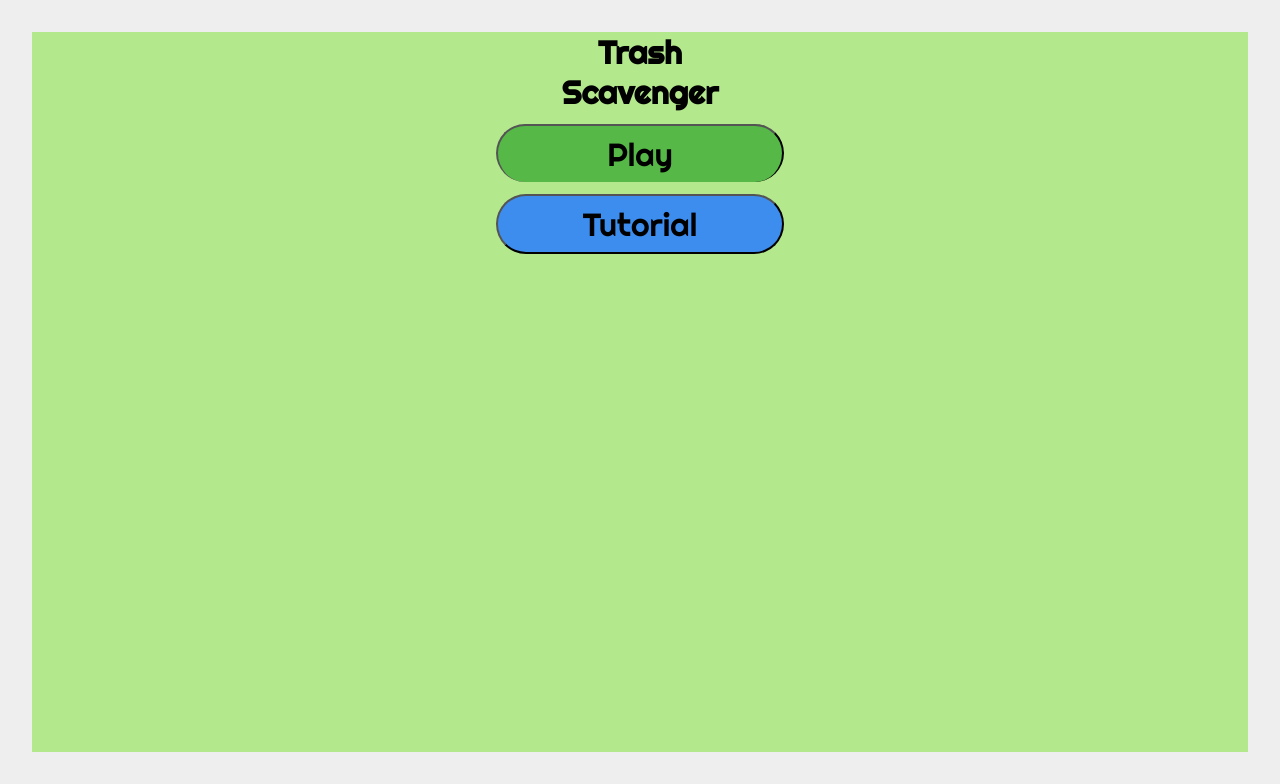
Repository: alemunden/Trash-Scavengers
Page: /QuizBegin
These files come from the project's save history. The page is drawn as it stood at one moment and after the next save; the edit follows.
The browser window is 1280 px wide. The pictures show the whole page.
The project was rebuilt for these pictures with package versions that can differ from the ones it lists, and the page was loaded fresh each time. The framework's server and built-in components were replaced by stand-ins that run in the browser. Also part of the build but not shown: next.config.mjs.

Above is the page before, as saved 2024-04-07 19:42:27.

### pages/QuizBegin.js
import styles from "@/styles/QuizBegin.module.css";
import Link from 'next/link'
import Button from "@/components/Button";

export default function QuizBegin() {
  return (
      <main className={styles.main}>
        <link rel="preconnect" href="https://fonts.googleapis.com"/>
        <link rel="preconnect" href="https://fonts.gstatic.com" crossorigin/>
        <link href="https://fonts.googleapis.com/css2?family=Righteous&display=swap" rel="stylesheet"/>
        <div className={styles.background}>
            <div className={styles.items}>
                <h1 className={styles.quizHeader}>Trash <br/>Scavenger</h1>
                <Link href='/quiz'>
                    <Button buttonText={'Play'} bgColor="#56B847" borderColor="#0B7908"/>
                </Link>
                <Button buttonText={'Tutorial'} bgColor="#3C8DEE"/>
            </div>
        </div>
      </main>
  );
}

### styles/globals.css
:root {
    --white: #eee;
    --black: #000;
    --light-green: #B4E88C;
}

* {
    box-sizing: border-box;
    padding: 0;
    margin: 0;
}

html, body {
    overflow-x: hidden;
    background-color: var(--white);
}

main {
    padding: 1rem;
}

h3 {
    padding-bottom: 2rem;
    color: #000105;
    font-size: 1.8rem;
}

li {
    list-style-type: none;
    cursor: pointer;
    margin: 9px 0;
    padding: 16px 8px;
    color: #000105;
}

.liHover:hover {
    background-color: #d8d8d8;
    columns: #fff;
}

.liSelected {
    color: #fff;
    background-color: #000925;
}

.container {
    max-width: 740px;
    width: 100%;
    margin: auto;
    padding: 1rem;
}

.quizContainer {
    background-color: #f8f8f8;
    padding: 1rem;
    margin-top: 2rem;
    border-radius: 4px;
}

.container p {
    padding: 8px 0;
}

### styles/QuizBegin.module.css
.background {
    background-color: var(--light-green);
    height: 100vh;
    margin: 1rem;
}

.main {
    padding: 1rem;
}

.items {
    display: flex;
    flex-direction: column;
    align-items: center;
}

.quizHeader {
    font-family: "Righteous", sans-serif;
    text-align: center;
}

### components/Button/index.js
import styles from './Button.module.css'

export default function Button({buttonText, bgColor, borderColor}) {
    return(
        <>
            <button className={styles.button} style={{backgroundColor: bgColor, borderBottom: borderColor}}>
                {buttonText}
            </button>
        </>
    )
}

### components/Button/Button.module.css
.button {
    padding: 0.5rem;
    border-radius: 2rem;
    width: 18rem;
    margin-top: 12px;
    font-size: 2rem;
    color: var(--black);
    font-family: "Righteous", sans-serif;
}

Loaded but not shown: pages/_app.js (common file); pages/_document.js (common file)

After the next save:
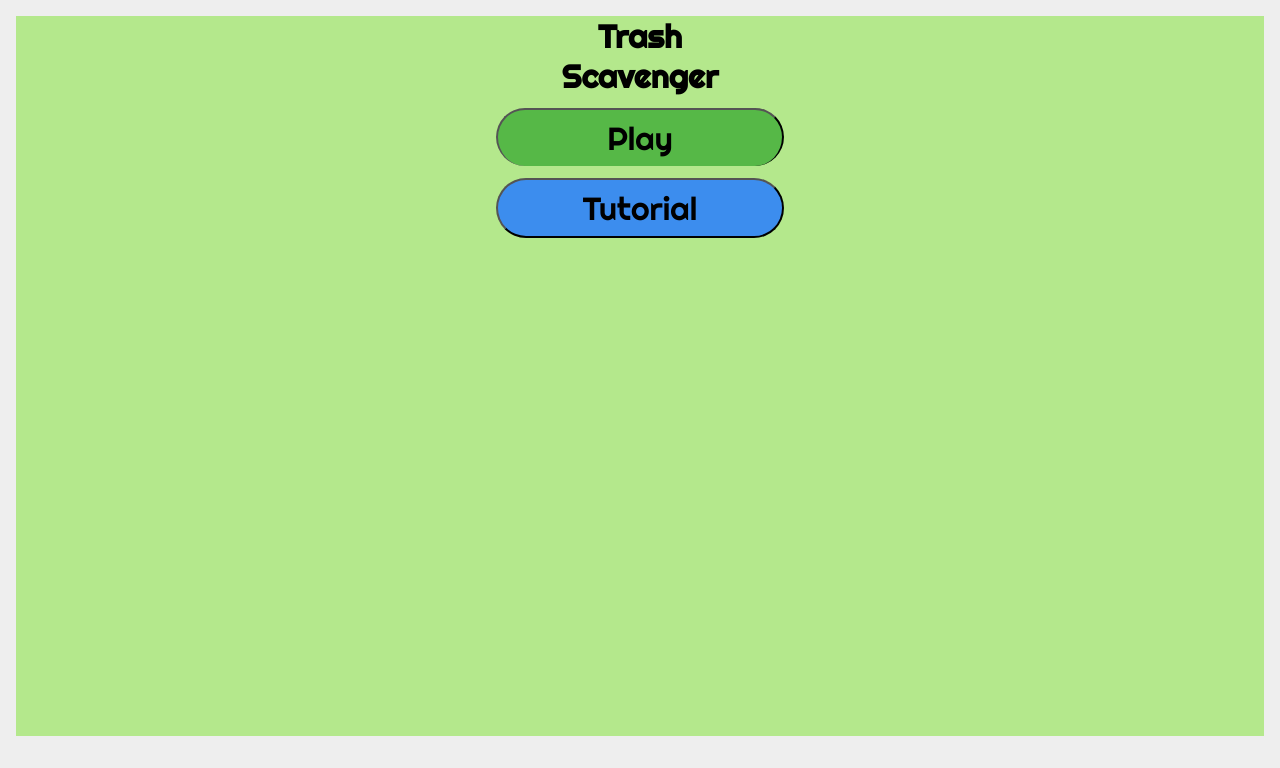
Saved 9 s later.
--- a/styles/QuizBegin.module.css
+++ b/styles/QuizBegin.module.css
@@ -1,7 +1,7 @@
 .background {
     background-color: var(--light-green);
     height: 100vh;
-    margin: 1rem;
+    margin-bottom: 1rem;
 }
 
 .main {
